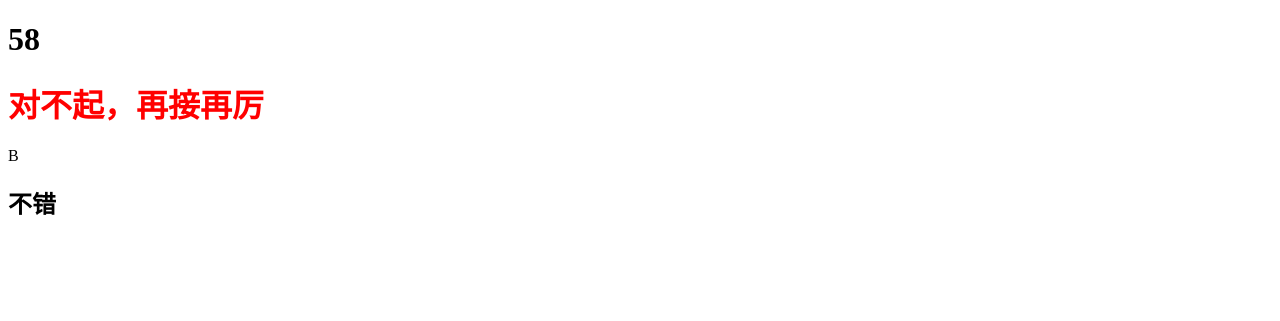
Repository: linqinyun/JavaCode
Page: http://localhost/jstl/jstl
An editor plug-in stored every save of this project. The page is shown before and after the next save, followed by the edit.
The browser window is 1280 px wide. The pictures show the whole page.
The page is served by Tomcat 9.

Above is the page before, as saved 2020-11-16 07:22:12.

After the next save:
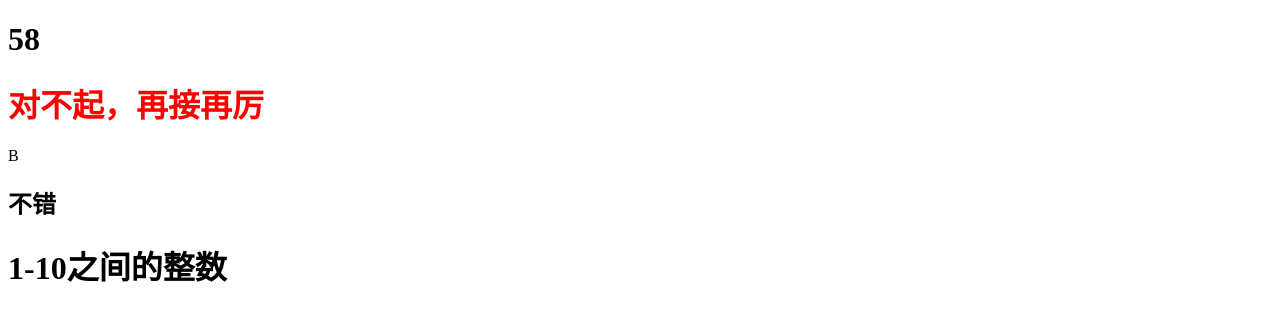
Saved 69 s later.
--- a/jstl/WebContent/core.jsp
+++ b/jstl/WebContent/core.jsp
@@ -39,7 +39,7 @@
 		int x = 5;
 		request.setAttribute("x", x);
 	%>
-	<c:if test="x>0 && x<=10">
+	<c:if test="${x>0 && x<=10 }">
 		<h1>1-10之间的整数</h1>
 	</c:if>
 	<c:if test="x>10&&x<=20">
